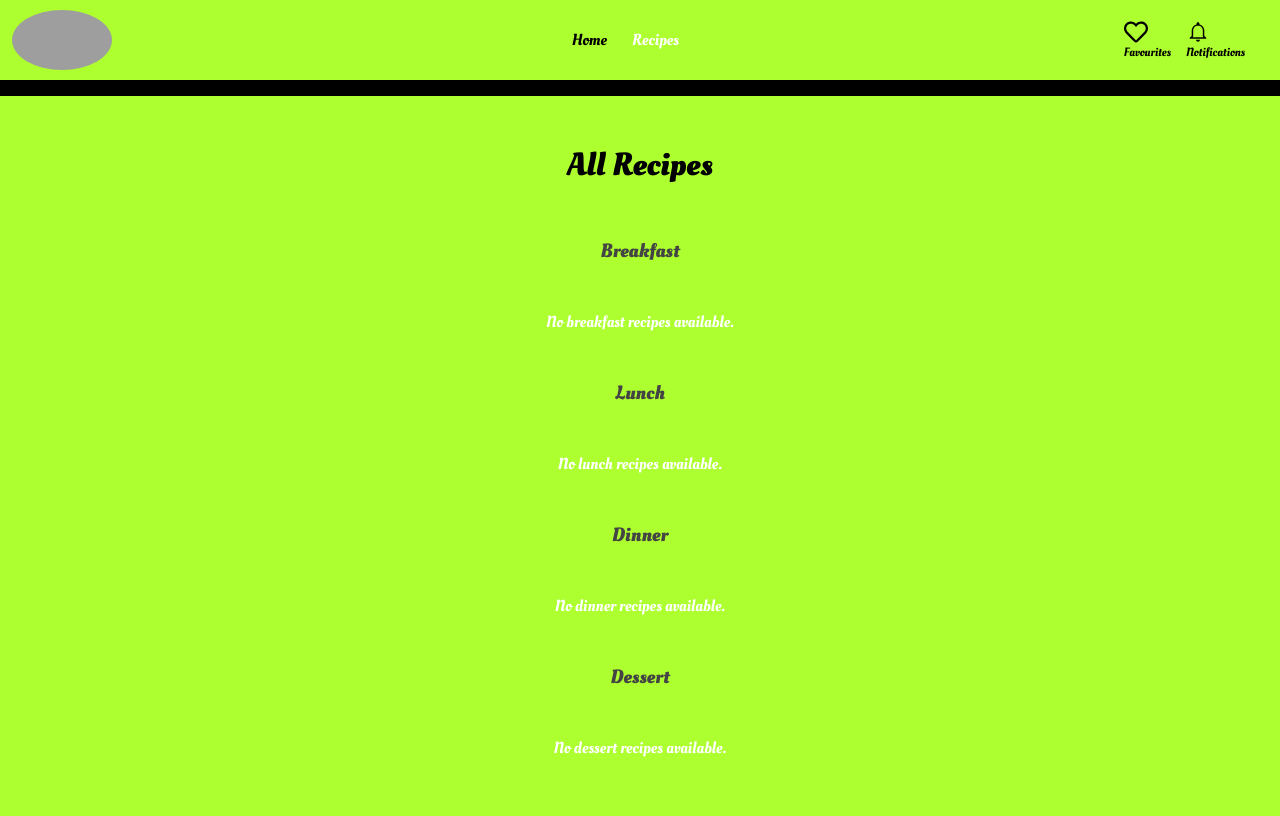
Repository: KaraboM20/foodify-app-project-by-MmakoKay
Page: /recipes
These files come from the project's save history. The page is drawn as it stood at one moment and after the next save; the edit follows.
The browser window is 1280 px wide. The pictures show the whole page.
Pictures or frames that could not be fetched are drawn as grey boxes. The page's requests for data from a server got no answer. The project was rebuilt for these pictures with package versions that can differ from the ones it lists, and the page was loaded fresh each time. No one was signed in, and anything a server would have sent is missing. Also part of the build but not shown: src/Pages/Home.css, src/Pages/RecipeLists.css, src/Pages/RecipeLists.js, src/components/Searchbox.css, src/components/Searchbox.js, src/Pages/Home.js, src/Pages/Favourites.css, src/Pages/Favourites.js and 3 more.

Above is the page before, as saved 2025-03-16 18:55:56.

### src/index.js
import React from 'react';
import ReactDOM from 'react-dom/client';
import './index.css';
import App from './App';
import reportWebVitals from './reportWebVitals';
import { BrowserRouter } from 'react-router-dom'
import { RecipeProvider } from './context/RecipeContext';

const root = ReactDOM.createRoot(document.getElementById('root'));
root.render(
  <BrowserRouter>
  <RecipeProvider>
    <App />
  </RecipeProvider>
  </BrowserRouter>
);

// If you want to start measuring performance in your app, pass a function
// to log results (for example: reportWebVitals(console.log))
// or send to an analytics endpoint. Learn more: https://bit.ly/CRA-vitals
reportWebVitals();

### src/index.css
/* Font-import */
@import url('https://fonts.googleapis.com/css2?family=Oleo+Script:wght@400;700&display=swap');

/* The whole body style */
* {
  box-sizing: border-box;
}

html {
  font-family: "Oleo Script", system-ui;;
}

body {
  margin: 0;
  color: white;
  background-color: black;
}


main {
  margin-top: 1rem;
  text-align: center;
}

### src/App.js
import './App.css';
import { Route, Switch } from 'react-router-dom';
import Home from './Pages/Home';
import RecipeLists from './Pages/RecipeLists';
import Favourites from './Pages/Favourites';
import RecipeDetails from './Pages/RecipeDetails';
import Header from './components/Header';
import { Redirect } from 'react-router-dom/cjs/react-router-dom.min';
import Notifications from './Pages/Notifications';
import { RecipeProvider } from './context/RecipeContext';
import Recipes from './Pages/Recipes';



const App = () => {
  return (

    <div>
      <RecipeProvider>
       <Header />
      <main>
        <Switch>
          <Route path='/' exact>
          <Redirect to='/home' />
          </Route>
          <Route path='/home'>
          <Home />
          </Route>
          <Route path='/recipes'>
          <Recipes />
          </Route>
          <Route path='/recipe'>
          <RecipeLists />
          </Route>
          <Route path='/recipe/:id'>
          <RecipeDetails />
          </Route>
          <Route path='/favourites'>
          <Favourites />
          </Route>
          <Route path='/notifications'>
          <Notifications />
          </Route>
        </Switch>
        </main>
      </RecipeProvider>


    </div>
  );
}

export default App;

### src/context/RecipeContext.js
import React, { createContext, useState } from "react";
import { fetchRecipes } from "../api/recipeApi";

export const RecipeContext = createContext();

export const RecipeProvider = ({ children }) => {
  const [recipes, setRecipes] = useState([]);
  const [isSearching, setIsSearching] = useState(false);
  const [query, setQuery] = useState("");


  const searchRecipes = async (searchQuery) => {
    setIsSearching(true);
    setQuery(searchQuery);
    try {
      const data = await fetchRecipes("", searchQuery);
      console.log("Search results:", data);
      setRecipes(data); // Update recipes
    } catch (error) {
      console.error("Search error:", error);
      setRecipes([]);
    }
  };

  return (
    <RecipeContext.Provider value={{ recipes, setRecipes, isSearching, setIsSearching, query, setQuery, searchRecipes }}>
      {children}
    </RecipeContext.Provider>
  );
};

### src/components/Header.js
import React from 'react';
import { NavLink } from 'react-router-dom';
import './Header.css';
import { FaRegHeart } from 'react-icons/fa';  // Import Heart icon
import { IoMdNotificationsOutline } from 'react-icons/io'; // Import Notification icon



const Header = () => {

  return (
    <div className='header'>
      {/* Logo */}
        <img
      className='header_logo'
      src='https://encrypted-tbn0.gstatic.com/images?q=tbn:ANd9GcQP36DaEnA76M-Y2L_VyAHqiLdvUGmNwxAFUA&s' alt="Foodify logo" />

      <div className='nav-pages'>
        <ul>
          <li>
            <NavLink to='./home'>Home</NavLink>
          </li>
          <li>
            <NavLink to='./recipes'>Recipes</NavLink>
          </li>
        </ul>
      </div>

      {/* Header-icons */}
      <div className="header_option">
          <NavLink activeClassName='active' to='/favourites'><span className='header-option1'><FaRegHeart title="Favourites" />Favourites</span></NavLink>
          <NavLink activeClassName='active' to='/notifications'><span className='header-option2'><IoMdNotificationsOutline title="notification"/>Notifications</span></NavLink>
     </div>
    </div>
  );
};

export default Header

### src/Pages/Recipes.js
import React, { useEffect, useContext, useState } from 'react';
import { RecipeContext } from "../context/RecipeContext";
import { fetchRecipes } from "../api/recipeApi";
import { Link } from 'react-router-dom';
import "./Recipes.css";
import { FaRegHeart } from 'react-icons/fa';


const Recipes = () => {
  const { recipes, setRecipes, isSearching } = useContext(RecipeContext);
  const [groupedRecipes, setGroupedRecipes] = useState({
    breakfast: [],
    lunch: [],
    dinner: [],
    dessert: [],
  });




  useEffect(() => {
    const loadRecipes = async () => {
      if (!isSearching && recipes.length === 0) {
        const data = await fetchRecipes("popular");

        setRecipes(data);  // Set recipes to global state
      }
    };

    loadRecipes();
  }, [isSearching, recipes, setRecipes]);

  // Group recipes by category
  useEffect(() => {
    if (recipes.length > 0) {
      const grouped = {
        breakfast: [],
        lunch: [],
        dinner: [],
        dessert: [],
      };

      // Loop through each recipe and group by category
      recipes.forEach((recipe) => {

        if (recipe.category) {
          if (recipe.category === 'breakfast') {
            grouped.breakfast.push(recipe);
          } else if (recipe.category === 'lunch') {
            grouped.lunch.push(recipe);
          } else if (recipe.category === 'dinner') {
            grouped.dinner.push(recipe);
          } else if (recipe.category === 'dessert') {
            grouped.dessert.push(recipe);
          }
        }
      });

      // Set grouped recipes to the state
      setGroupedRecipes(grouped);
    }
  }, [recipes]);

  return (
    <div className="recipes-container">
      <h2>All Recipes</h2>

      {/* Breakfast Section */}
      <h3>Breakfast</h3>
      <div className="recipes-list">
        {groupedRecipes.breakfast.length === 0 ? (
          <p>No breakfast recipes available.</p>
        ) : (
          groupedRecipes.breakfast.map((recipe) => (
            <div key={recipe.id} className="recipes-card">
              <img src={recipe.image} alt={recipe.name} className="recipe-image" />
              <h3>{recipe.name}</h3>
              <span className="recipe-icons">
                <Link to={`/recipe/${recipe.id}`}>
                  <button className="recipe-link">View Details</button>
                </Link>
                <Link to='/favourites' className="recipe-icon">
                  <FaRegHeart />
                </Link>
              </span>
            </div>
          ))
        )}
      </div>

      {/* Lunch Section */}
      <h3>Lunch</h3>
      <div className="recipes-list">
        {groupedRecipes.lunch.length === 0 ? (
          <p>No lunch recipes available.</p>
        ) : (
          groupedRecipes.lunch.map((recipe) => (
            <div key={recipe.id} className="recipes-card">
              <img src={recipe.image} alt={recipe.name} className="recipe-image" />
              <h3>{recipe.name}</h3>
              <span className="recipe-icons">
                <Link to={`/recipe/${recipe.id}`}>
                  <button className="recipe-link">View Details</button>
                </Link>
                <Link to='/favourites' className="recipe-icon">
                  <FaRegHeart />
                </Link>
              </span>
            </div>
          ))
        )}
      </div>

      {/* Dinner Section */}
      <h3>Dinner</h3>
      <div className="recipes-list">
        {groupedRecipes.dinner.length === 0 ? (
          <p>No dinner recipes available.</p>
        ) : (
          groupedRecipes.dinner.map((recipe) => (
            <div key={recipe.id} className="recipes-card">
              <img src={recipe.image} alt={recipe.name} className="recipe-image" />
              <h3>{recipe.name}</h3>
              <span className="recipe-icons">
                <Link to={`/recipe/${recipe.id}`}>
                  <button className="recipe-link">View Details</button>
                </Link>
                <Link to='/favourites' className="recipe-icon">
                  <FaRegHeart />
                </Link>
              </span>
            </div>
          ))
        )}
      </div>

      {/* Dessert Section */}
      <h3>Dessert</h3>
      <div className="recipes-list">
        {groupedRecipes.dessert.length === 0 ? (
          <p>No dessert recipes available.</p>
        ) : (
          groupedRecipes.dessert.map((recipe) => (
            <div key={recipe.id} className="recipes-card">
              <img src={recipe.image} alt={recipe.name} className="recipe-image" />
              <h3>{recipe.name}</h3>
              <span className="recipe-icons">
                <Link to={`/recipe/${recipe.id}`}>
                  <button className="recipe-link">View Details</button>
                </Link>
                <Link to='/favourites' className="recipe-icon">
                  <FaRegHeart />
                </Link>
              </span>
            </div>
          ))
        )}
      </div>
    </div>
  );
};

export default Recipes;

### src/api/recipeApi.js
import axios from "axios";

// Fetch Recipes API
const API_BASE_URL = "http://localhost:3000/recipes";


export const fetchRecipes = async (category = "", query = "") => {
    try {
      const response = await axios.get(API_BASE_URL, {
        params: { category, search: query },
      });
      return response.data;
    } catch (error) {
      console.error("Error fetching recipes:", error);
      return [];
    }
  };

### src/components/Header.css
.header {
    width: 100%;
    height: 5rem;
    display:flex;
    justify-content: space-between;
    align-items:center;
    background-color: greenyellow;
    position: sticky;
    top: 0;
    z-index: 100;
}

.header_logo {
    width:100px;
    height: 60px;
    margin-left: 0;
    border-radius: 80%;
    margin-left: 12px;

}

.nav-pages ul{
    display: flex;
    list-style: none;

}

.nav-pages li{
    margin-right: 25px;
}

.nav-pages a {
    border-bottom: 2px solid transparent;
}

.nav-pages a:hover {
    border-bottom: 2px solid white;
}

.header_option {
    display: flex;
    margin-right: 20px;
    color: black;
    font-size: 12px;
}

.header_option svg {
    font-size: 24px;
}

.header-option1 {
    margin-right: 15px;
    display: grid;
    cursor: pointer;
}

.header-option1:hover {
    color: white;
}

.header-option2 {
    margin-right: 15px;
    display: grid;
    cursor: pointer;
}

.header-option2:hover {
    color: white;
}

.header-option3 {
    display: grid;
    cursor: pointer;
}

.header-option3:hover {
    color: white;
}

.header a {
    color: black;
    text-decoration: none;
    cursor: pointer;
}

.header a:hover, .header a:active, .header a.active{
    color: white;
}

### src/Pages/Recipes.css
.recipes-container {
    display: grid;
    padding: 20px;
    background-color: greenyellow; /* Light background */
    min-height: 100vh;
  }

  h2 {
    font-size: 2rem;
    margin-bottom: 20px;
    color: black;
    text-align: center;
    align-items: center;
  }

  .recipe-list {
    display: grid;
    grid-template-columns: repeat(auto-fit, minmax(250px, 1fr)); /* Responsive grid */
    gap: 20px;
    justify-content: center;
    padding: 20px;
  }

  .recipes-card {
    background: #fff;
    border-radius: 10px;
    box-shadow: 0 4px 6px rgba(0, 0, 0, 0.1);
    padding: 15px;
    text-align: center;
    transition: transform 0.3s ease-in-out;
  }

  .recipes-card:hover {
    transform: translateY(-9px);
  }

  .recipes-image {
    width: 100%;
    height: 200px;
    object-fit: cover;
    border-radius: 8px;
  }

  h3 {
    font-size: 1.2rem;
    margin: 10px 0;
    color: #444;
  }

  @media (max-width: 768px) {
    .recipes-list {
      grid-template-columns: repeat(auto-fit, minmax(180px, 1fr));
    }
  }

Loaded but not shown: public/index.html (common file); src/reportWebVitals.js (common file); src/App.css (no stored copy; drawn as an empty file)

After the next save:
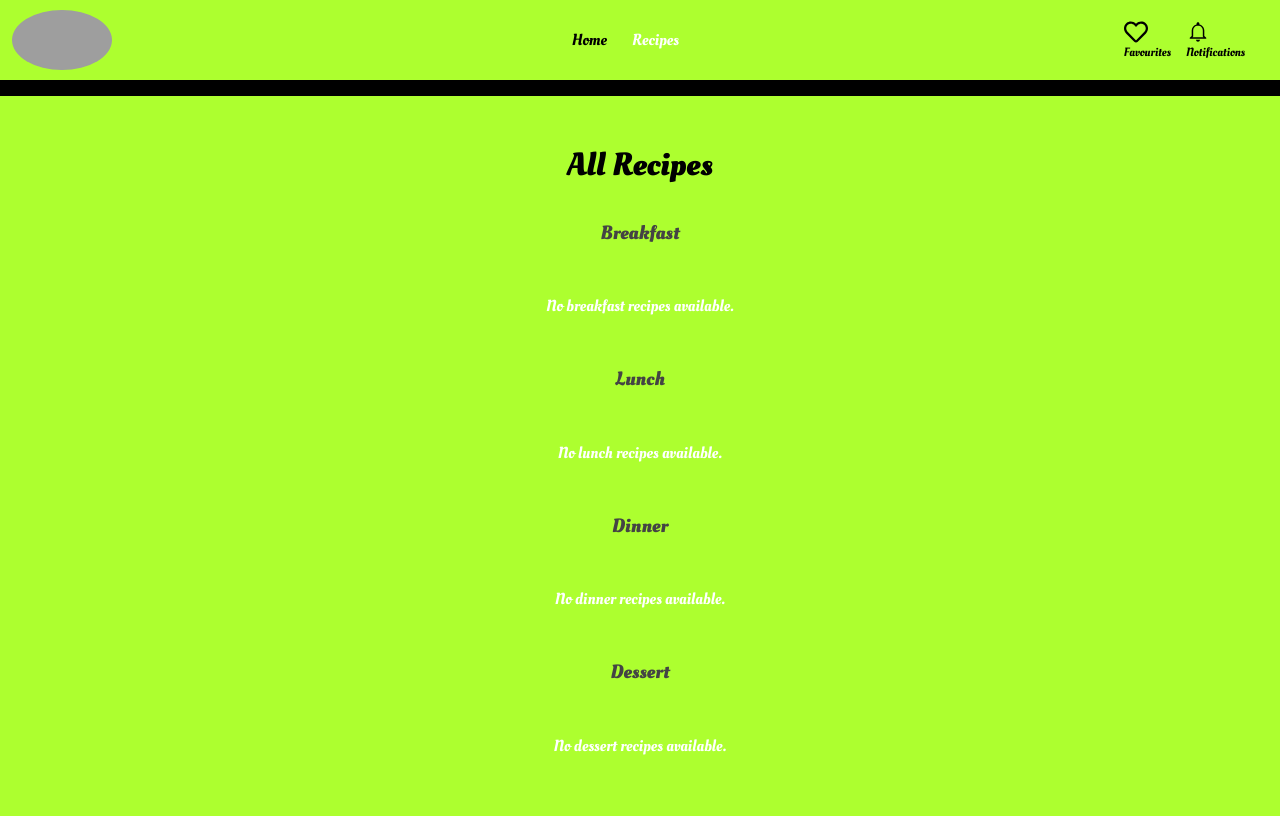
Saved 5 s later.
--- a/src/Pages/Recipes.css
+++ b/src/Pages/Recipes.css
@@ -13,7 +13,7 @@
     align-items: center;
   }
 
-  .recipe-list {
+  .recipes-list {
     display: grid;
     grid-template-columns: repeat(auto-fit, minmax(250px, 1fr)); /* Responsive grid */
     gap: 20px;
